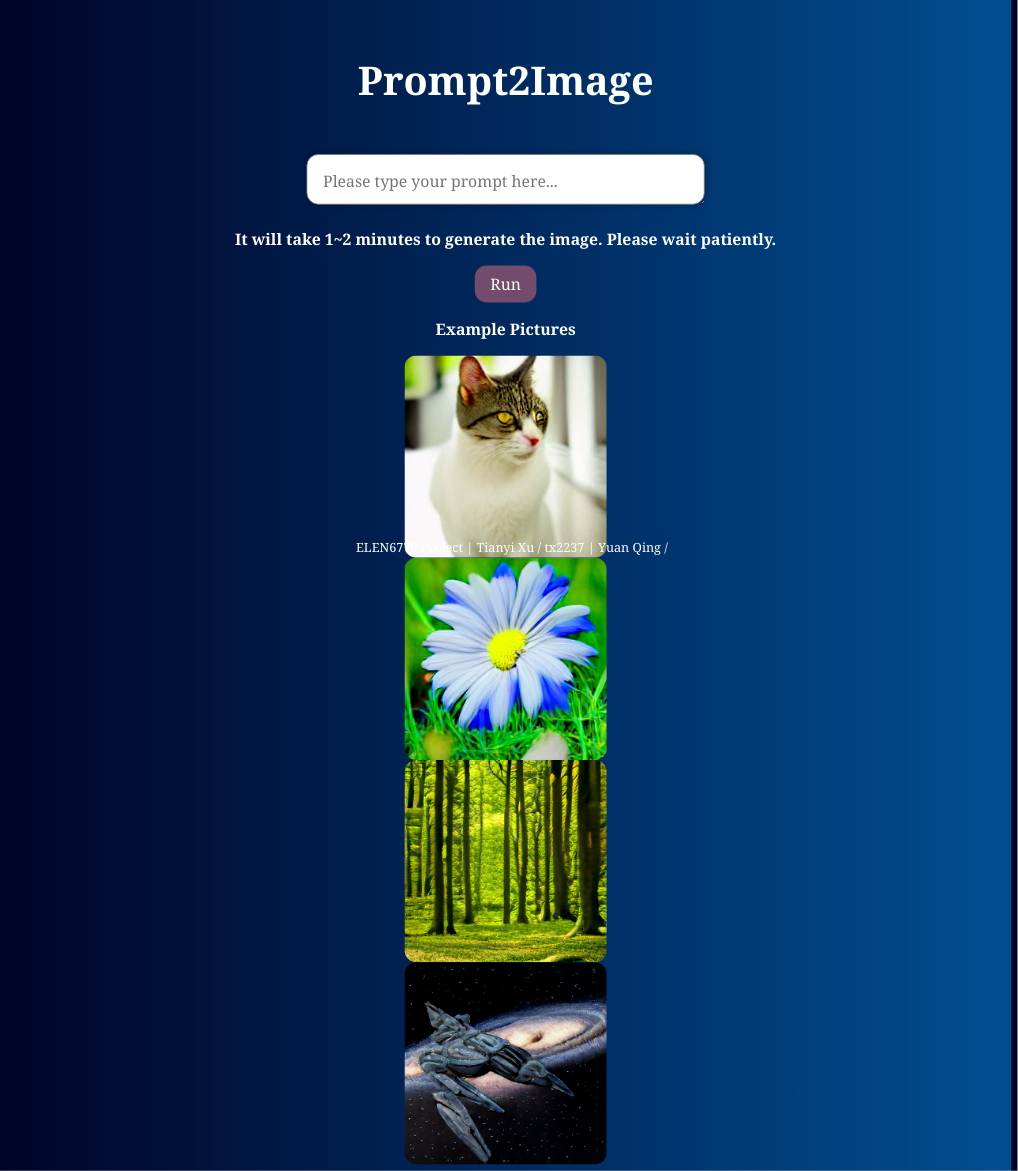
Repository: XTTTZ/Prompt2Image
Page: main4.html
The author's editor kept a copy of each file at every save. The page is drawn from the files as they stood at one save, then again after the next save.
The browser window is 1280 px wide. The page is 1288 px wide, so the pictures cover 1288 px, including what lies to the right of the window. The pictures show the whole page, at 79% of full size.
The page's requests for data from a server got no answer.

Above is the page before, as saved 2023-12-01 02:11:03.

### main4.html
<!DOCTYPE html>
<html lang="en">

<head>
    <meta charset="UTF-8">
    <meta name="viewport" content="width=device-width, initial-scale=1.0">
    <title>Prompt2Image</title>
    <style>
        .center-label {
            text-align: center;
        }

        body {
            font-family: Georgia, serif;
            background: linear-gradient(to right, #000428, #004e92);
            /* 使图片覆盖整个背景 */
            color: #fff
        }

        header {
            background-color: rgba(0, 0, 0, 0);
            color: #fff;
            text-align: center;
            padding: 1em;
            font-family: Georgia, serif;
            font-size: 25px;
        }

        h1 {
            margin-bottom: 0.5em;
        }

        form {
            display: flex;
            /* 设置为Flex容器 */
            flex-direction: column;
            /* 子元素垂直堆叠 */
            align-items: center;
            /* 垂直居中 */
            justify-content: center;
            /* 水平居中，如果需要 */
            height: 100%;
            /* 根据需要设置高度 */
            font-size: 20px;
        }

        label {
            font-weight: bold;
            text-align: center;
            font-size: 20px;
        }

        textarea {
            padding-left: 1em;
            padding-top: 1em;
            margin: 0.5em 0;
            width: 24em;
            height: 2em;
            text-align: left;
            vertical-align: top;
            font-size: 20px;
            border-radius: 15px;
            box-shadow: 0 0 10px rgba(0, 0, 0, 0.3);
            font-family: Georgia, serif;

        }

        button {
            padding: 0.5em 1em;
            background-color: #734b6d;
            color: #fff;
            border: none;
            cursor: pointer;
            border-radius: 15px;
            font-size: 20px;
            font-family: Georgia, serif;
        }

        button:hover {
            background-color: #555;
        }

        img {
            border-radius: 15px;
        }

        #generatedImages {
            border-radius: 15px;
            text-align: center;
            margin: 1em;
            padding: 1em;
            background-color: #ffffff00;
        }
    </style>
</head>

<body>
    <header>
        <h1>Prompt2Image</h1>
    </header>

    <form id="bodyForm">
        <textarea placeholder="Please type your prompt here..." type="text" id="searchInput"
            name="searchInput"></textarea>
        <label>
            <p>It will take 1~2 minutes to generate the image. Please wait patiently.</p>
        </label>
        <button type="button" onclick="performSearch()">Run</button>
        <label id="timeValue"></label>
        <!-- Display generated images -->
        <label id="examplePic">
            <p>Example Pictures
            </p>
        </label>
        <form id="exampleForm" style="flex-direction:row;gap:20px">
            <img src="/static/cute cat.png" title="cute cat">
            <img src="/static/flower on grass.png" title="flower on grass">
            <img src="/static/forest.png" title="forest">
            <img src="/static/spaceship in galaxy.png" title="spaceship in galaxy">
        </form>
        <div style="display:none" id="generatedImages"></div>
        <button id="downloadButton" onclick="downloadImages()" style="display:none">Download Images</button>
    </form>

    <footer style="position:absolute; bottom:0; text-align: center;width:100%">
        <p>ELEN6770 Project | Tianyi Xu / tx2237 | Yuan Qing / </p>
    </footer>

    <script>
        var server_addr = '34.67.111.69';
        var ip_addr;
        var second = 0;
        var clock;
        fetch('http://' + server_addr + '/ip', {
            method: 'GET',
            headers: {
                'Content-Type': 'application/x-www-form-urlencoded',
            },
        })
            .then(response => { return response.json() })
            .then(data => {
                ip_addr = data.ip_addr;
                console.log('ip_addr');
            }
            );
        function startTimer() {
            clearInterval(clock);
            clock = setInterval(timer, 1000);
            second = 0;
            timeValue.style.display = 'block';
            document.getElementById('timeValue').innerText = 'Run Time: ' + second + 's';
        }

        function timer() {
            second++;
            document.getElementById('timeValue').innerText = 'Run Time: ' + second + 's';
        }

        function stopTimer() {
            clearInterval(clock);
            clock = null;
            console.log('timerstop');
            document.getElementById('timeValue').innerText = 'Run Time: ' + second + 's';
        }

        function performSearch() {
            var searchInput = document.getElementById('searchInput').value;
            if (searchInput == '') {
                document.getElementById('timeValue').innerText = 'Please type your prompt!';
            }
            else {

                document.getElementById('exampleForm').style.display = 'none';
                document.getElementById('generatedImages').style.display = 'none';
                document.getElementById('downloadButton').style.display = 'none';
                fetch('http://' + server_addr + ':5000/search', {
                    method: 'POST',
                    headers: {
                        'Content-Type': 'application/x-www-form-urlencoded',
                    },
                    body: 'text=' + encodeURIComponent(searchInput)
                })
                    .then(response => {
                        return response.json();
                    })
                    .then(data => { checkStatusPic() });
                startTimer();
            }
        }

        function checkStatusPic() {
            stopTimer();
            var generatedImagesContainer = document.getElementById('generatedImages');
            var downloadButton = document.getElementById('downloadButton');

            // Clear previous content
            generatedImagesContainer.innerHTML = '';

            // Append image elements dynamically
            var img = document.createElement('img');
            img.src = 'http://' + server_addr + '/image/' + ip_addr + '/0?time=' + new Date().getTime();
            generatedImagesContainer.appendChild(img);
            // Display the container and download button
            generatedImagesContainer.style.display = 'block';
            downloadButton.style.display = 'block';
        }

        function downloadImages() {
            // Create a link element for each image and trigger download
            var url = 'http://' + server_addr + '/image/' + ip_addr + '/0?time=' + new Date().getTime();
            var downloadLink = document.createElement('a');
            downloadLink.href = url;
            // 指定下载的文件名，您可以根据需要更改它
            downloadLink.download = 'image.png';
            // 将 <a> 元素添加到文档中并点击它
            document.body.appendChild(downloadLink);
            downloadLink.click();
            // 清理并移除 <a> 元素
            document.body.removeChild(downloadLink);
        }
    </script>
</body>

</html>

After the next save:
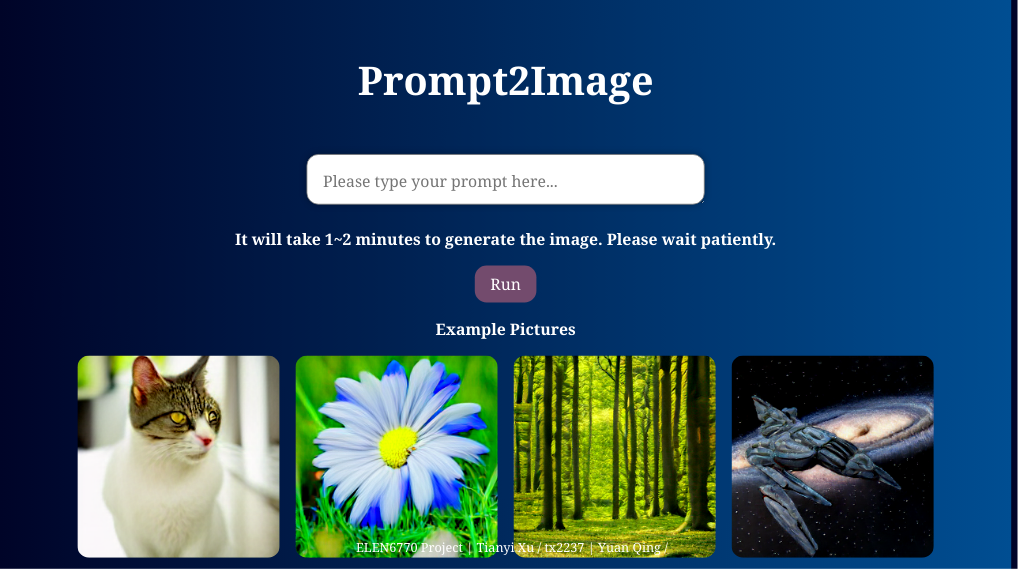
Saved 3 min 13 s later.
--- a/main4.html
+++ b/main4.html
@@ -112,16 +112,15 @@
             <p>Example Pictures
             </p>
         </label>
-        <form id="exampleForm" style="flex-direction:row;gap:20px">
-            <img src="/static/cute cat.png" title="cute cat">
-            <img src="/static/flower on grass.png" title="flower on grass">
-            <img src="/static/forest.png" title="forest">
-            <img src="/static/spaceship in galaxy.png" title="spaceship in galaxy">
-        </form>
-        <div style="display:none" id="generatedImages"></div>
-        <button id="downloadButton" onclick="downloadImages()" style="display:none">Download Images</button>
     </form>
-
+    <form id="exampleForm" style="flex-direction:row;gap:20px">
+        <img src="/static/cute cat.png" title="cute cat">
+        <img src="/static/flower on grass.png" title="flower on grass">
+        <img src="/static/forest.png" title="forest">
+        <img src="/static/spaceship in galaxy.png" title="spaceship in galaxy">
+    </form>
+    <div style="display:none" id="generatedImages"></div>
+    <button id="downloadButton" onclick="downloadImages()" style="display:none">Download Images</button>
     <footer style="position:absolute; bottom:0; text-align: center;width:100%">
         <p>ELEN6770 Project | Tianyi Xu / tx2237 | Yuan Qing / </p>
     </footer>
